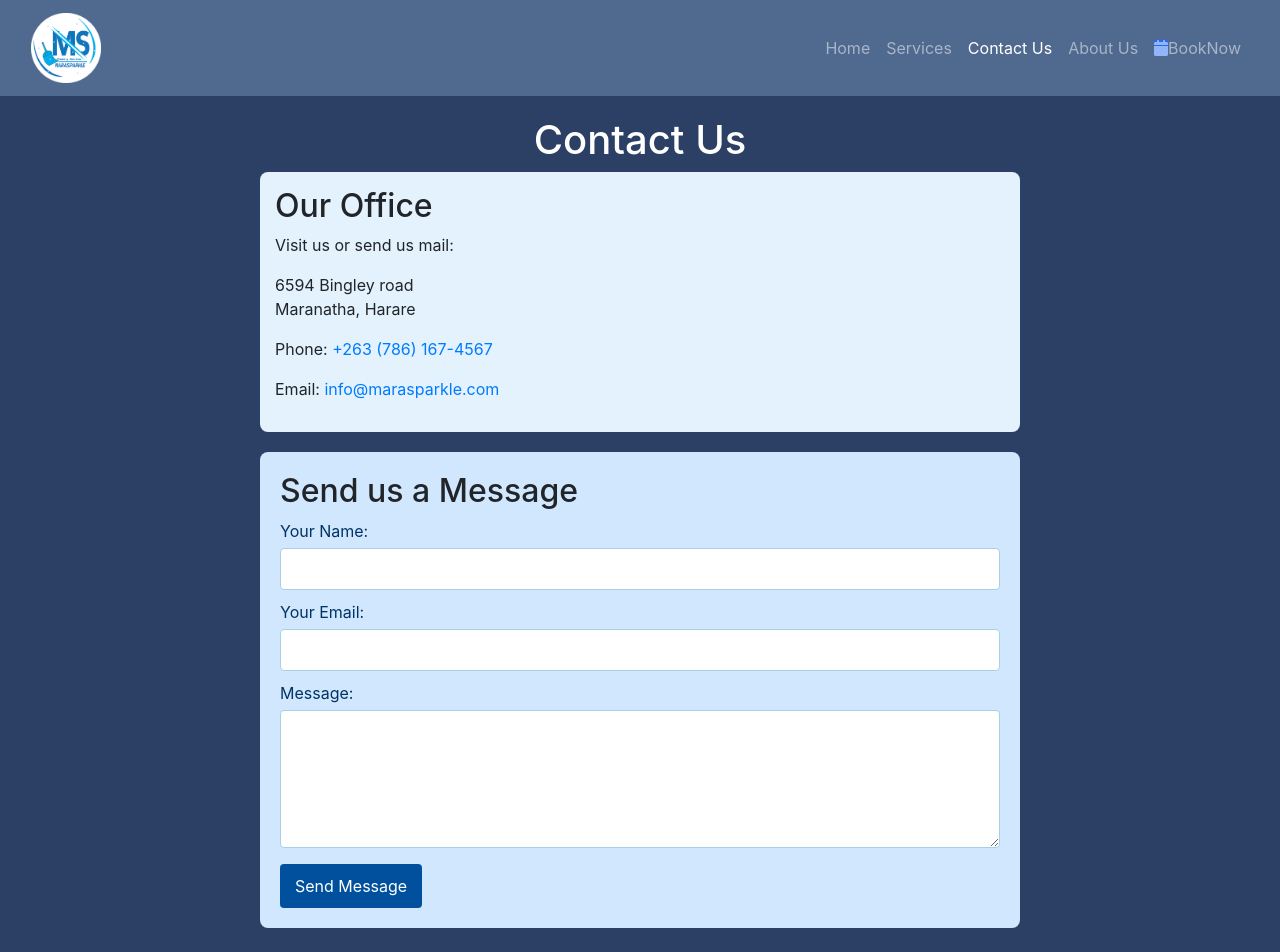
Repository: guineveretim/sparkle
Page: http://localhost/contact/
An editor plug-in stored every save of this project. The page is shown before and after the next save, followed by the edit.
The browser window is 1280 px wide. The pictures show the part of the page from y = 0 to 952 px (the page is 1499 px tall).
Pictures or frames that could not be fetched are drawn as grey boxes. The page is served by the project's application, run on Django 5.2 (manage.py). Other server files are loaded and not shown.

Above is the page before, as saved 2025-04-16 11:01:34.

### templates/application/contact.html
{%load static%}
<!DOCTYPE html>
<html lang="en">
<head>
    <meta charset="UTF-8">
    <meta name="viewport" content="width=device-width, initial-scale=1.0">
    <title>Contact Us - Fresh & Clean Co.</title>
    <link rel="stylesheet" href="{% static 'css/application/contact.css' %}">
         <!-- Font Awesome CDN -->
         <link rel="stylesheet" href="https://cdnjs.cloudflare.com/ajax/libs/font-awesome/6.0.0-beta3/css/all.min.css">

         <!--Google fomts-->
         <link href="https://fonts.googleapis.com/css2?family=Roboto:wght@400&display=swap" rel="stylesheet">

         <!-- Bootstrap core CSS -->
         <link rel="stylesheet" href="https://cdn.jsdelivr.net/npm/bootstrap@4.1.3/dist/css/bootstrap.min.css" integrity="sha384-MCw98/SFnGE8fJT3GXwEOngsV7Zt27NXFoaoApmYm81iuXoPkFOJwJ8ERdknLPMO" crossorigin="anonymous">

         <script src="https://code.jquery.com/jquery-3.3.1.slim.min.js" integrity="sha384-q8i/X+965DzO0rT7abK41JStQIAqVgRVzpbzo5smXKp4YfRvH+8abtTE1Pi6jizo" crossorigin="anonymous"></script>
         <script src="https://cdn.jsdelivr.net/npm/popper.js@1.14.3/dist/umd/popper.min.js" integrity="sha384-ZMP7rVo3mIykV+2+9J3UJ46jBk0WLaUAdn689aCwoqbBJiSnjAK/l8WvCWPIPm49" crossorigin="anonymous"></script>
         <script src="https://cdn.jsdelivr.net/npm/bootstrap@4.1.3/dist/js/bootstrap.min.js" integrity="sha384-ChfqqxuZUCnJSK3+MXmPNIyE6ZbWh2IMqE241rYiqJxyMiZ6OW/JmZQ5stwEULTy" crossorigin="anonymous"></script>

    <style>


body{
    background-color: #2c3f64;
  }



        .contact-details {
            margin-bottom: 20px;
            padding: 15px;
            background-color: #e3f2fd;
            border-radius: 8px;
        }

        .contact-form {
            background-color: #d1e7fd;
            padding: 20px;
            border-radius: 8px;
        }

        .contact-form label {
            display: block;
            margin-bottom: 5px;
            color: #003366;
        }

        .contact-form input[type="text"],
        .contact-form input[type="email"],
        .contact-form textarea {
            width: 100%;
            padding: 8px;
            margin-bottom: 10px;
            border: 1px solid #a8d0e6;
            border-radius: 4px;
            box-sizing: border-box;
        }

        .contact-form textarea {
            resize: vertical;
        }

        .contact-form button {
            background-color: #00509e; /* Lighter blue */
            color: white;
            padding: 10px 15px;
            border: none;
            border-radius: 4px;
            cursor: pointer;
            transition: background-color 0.3s;
        }

        .contact-form button:hover {
            background-color: #003366;
        }
    </style>
</head>
<body>
    <nav class="navbar navbar-expand-lg navbar-dark sticky-top" style="background-color:rgba(166, 206, 243,0.3);">
        <div class="container-fluid">
        <a class="navbar-brand" href="{% url 'home' %}">
            <img src="{% static 'icons/Maralog.png' %}" style="width:70px;">
        </a>
        <button class="navbar-toggler" type="button" data-toggle="collapse" data-target="#navbarNav" aria-controls="navbarNav" aria-expanded="false" aria-label="Toggle navigation">
            <span class="navbar-toggler-icon"></span>
        </button>

        <div class="collapse navbar-collapse" id="navbarNav">
            <ul  class="navbar-nav ml-auto">
                <li class="nav-item">
                    <a class="nav-link" href="{% url 'home' %}">Home <span class="sr-only">(current)</span></a>
                </li>
                <li class="nav-item">
                    <a class="nav-link" href="{% url 'services_details' %}">Services</a>
                </li>

                <li class="nav-item active">
                    <a class="nav-link" href="{% url 'contact' %}">Contact Us</a>
                </li>
                <li class="nav-item">
                    <a class="nav-link" href="{% url 'about' %}">About Us</a>
                </li>
                <li class="nav-item">
                    <a class="nav-link" href="{% url 'login' %}"><i class="fas fa-calendar" style="background-color: rgb(37, 106, 243);"></i>BookNow</a>
                </li>
            </ul>
        </div>
    </div>
    </nav>

    <div class="contact-container">
        <h1  style="color:white;">Contact Us</h1>

        <div class="contact-details">
            <h2>Our Office</h2>
            <p>Visit us or send us mail:</p>
            <address>
                6594 Bingley road <br>
                Maranatha, Harare

            </address>
            <p>Phone: <a href="tel:+233 786 167 159">+263 (786) 167-4567</a></p>
            <p>Email: <a href="mailto:info@marasparkle.com">info@marasparkle.com</a></p>
        </div>

        <div class="contact-form">
            <h2>Send us a Message</h2>
            <form action="#" method="post">
                {% csrf_token %}
                <label for="name">Your Name:</label>
                <input type="text" id="name" name="name" required>

                <label for="email">Your Email:</label>
                <input type="email" id="email" name="email" required>

                <label for="message">Message:</label>
                <textarea id="message" name="message" rows="5" required></textarea>

                <button type="submit">Send Message</button>
            </form>
        </div>
    </div>

    <div class="container-fluid">
        <div class="row d-flex justify-content-center" style="overflow:hidden;">
            <div class="col-lg-6 col-sm-12 mb-3 d-flex justify-content-center">
                <div id="map" style="position: relative; width: 100%; padding-bottom: 56.25%; /* 16:9 aspect ratio */ overflow: hidden;">
                    <iframe src="https://www.google.com/maps/embed?pb=!1m18!1m12!1m3!1d15198.357271221535!2d30.99314805936031!3d-17.7639796310194!2m3!1f0!2f0!3f0!3m2!1i1024!2i768!4f13.1!3m3!1m2!1s0x1931af0a683c679f%3A0x80075e1203c68ef9!2sAfrica%20Leadership%20and%20Management%20Academy!5e0!3m2!1sen!2szw!4v1740398255791!5m2!1sen!2szw"
                            allowfullscreen="" loading="lazy" referrerpolicy="no-referrer-when-downgrade"
                            style="position: absolute; top: 0; left: 0; width: 100%; height: 100%; border: 0;">
                    </iframe>
                </div>
            </div>
        </div>
    </div>

    <br>




    <footer class="footer text-center" style="background-color: rgba(255, 255, 255, 0.3); padding: 20px 0;">
        <div class="container-fluid">
            <div class="row">
                <div class="col-12">
                    <p class="mb-1 text-dark">© 2025 Marasparkle Company.</p>

                </div>
            </div>
        </div>
    </footer>

    <div class="sub-header  text-dark py-3" style="  background-color:rgb(255, 255, 255);">
        <div class="container-fluid">
            <div class="row align-items-center">
                <div class="col-lg-8 col-md-8 col-sm-12 text-center text-md-left mb-3 mb-md-0">
                    <ul class="list-unstyled">
                        <li class="d-flex align-items-center mb-1">
                            <i class="fa fa-envelope mr-2"></i>
                            <span>maracomfy@gmail.com</span>
                        </li>
                        <li class="d-flex align-items-center">
                            <i class="fa fa-map mr-2"></i>
                            <span>No 6594 Bingley Road, Maranatha, Harare</span>
                        </li>
                    </ul>
                </div>
                <div class="col-lg-4 col-md-4 col-sm-12 text-center text-md-right">
                    <ul class="list-unstyled d-flex justify-content-center justify-content-md-end mb-0">
                        <li class="mr-3">
                            <a href="https://www.facebook.com/profile.php?id=61573551016908" class="text-dark" aria-label="Facebook">
                                <i class="fab fa-facebook fa-lg"></i>
                            </a>
                        </li>
                        <li>
                            <a href="https://linkedin.com" class="text-dark" aria-label="LinkedIn">
                                <i class="fab fa-linkedin fa-lg"></i>
                            </a>
                        </li>
                    </ul>
                </div>
            </div>
        </div>
    </div>
<!-- jQuery first, then Popper.js, then Bootstrap JS -->
<script src="https://code.jquery.com/jquery-3.3.1.slim.min.js" integrity="sha384-q8i/X+965DzO0rT7abK41JStQIAqVgRVzpbzo5smXKp4YfRvH+8abtTE1Pi6jizo" crossorigin="anonymous"></script>
<script src="https://cdn.jsdelivr.net/npm/popper.js@1.14.3/dist/umd/popper.min.js" integrity="sha384-ZMP7rVo3mIykV+2+9J3UJ46jBk0WLaUAdn689aCwoqbBJiSnjAK/l8WvCWPIPm49" crossorigin="anonymous"></script>
<script src="https://cdn.jsdelivr.net/npm/bootstrap@4.1.3/dist/js/bootstrap.min.js" integrity="sha384-ChfqqxuZUCnJSK3+MXmPNIyE6ZbWh2IMqE241rYiqJxyMiZ6OW/JmZQ5stwEULTy" crossorigin="anonymous"></script>
</body>
</html>

### marasparkle/views.py

from django.shortcuts import redirect, render
from django.contrib.auth import authenticate, login
from .forms import  UserRegistrationForm, UserLoginForm
from django.contrib.auth.decorators import login_required
from django.contrib import messages
from .forms import BookingForm
from django.views.decorators.cache import never_cache
from django.views.decorators.csrf import csrf_protect
from django.contrib.auth.models import Group
from django.http import HttpResponse
from .models import Booking
from django.shortcuts import get_object_or_404



def home(request):
  return render(request, 'application/home.html')

def Service(request):
    return render(request, 'application/services.html')


def contact(request):
    return render(request, 'application/contact.html')

def about_view(request):
    return render(request, 'application/about.html')

def bookin(request):
    return render(request, 'application/bookin.html')





def register(request):
    if request.method == 'POST':
        form = UserRegistrationForm(request.POST)
        if form.is_valid():
            user = form.save(commit=False)
            user.set_password(form.cleaned_data['password'])
            user.save()

            group =Group.objects.get(name = 'user')
            user.groups.add(group)


            login(request, user)
            messages.success(request, "Registration successful.")
            return redirect('login')
    else:
        form = UserRegistrationForm()

    return render(request, 'authentication/register.html', {'form': form})

def login_view(request):
    if request.method == 'POST':
        form = UserLoginForm(data=request.POST)
        if form.is_valid():
            username = form.cleaned_data.get('username')
            password = form.cleaned_data.get('password')
            user = authenticate(request, username=username, password=password)

            if user is not None:

                if user.groups.filter(name='admin').exists():
                    login(request, user)
                    return redirect('/admin/')
                elif user.groups.filter(name='user').exists():
                    login(request, user)
                    return redirect('create_booking')
            else:

                messages.error(request, 'Invalid username or password.')
        else:
            # Optional: Handle field errors
            for field, errors in form.errors.items():
                for error in errors:
                    messages.error(request, error)

    else:
        form = UserLoginForm()

    return render(request, 'authentication/login.html', {'form': form})


@login_required
def create_booking(request):
    if request.method == 'POST':
        form = BookingForm(request.POST)
        if form.is_valid():
            booking = form.save(commit=False)
            booking.user = request.user  # Associate the booking with the logged-in user
            booking.save()  # Save the booking record

            # Redirect to the success page with the booking ID
            return redirect('booking_success', booking_id=booking.id)
    else:
        form = BookingForm()

    return render(request, 'accounts/booking.html', {'form': form})



@login_required
def booking_success(request, booking_id):
    booking = get_object_or_404(Booking, id=booking_id)

    context = {
        'service_type': booking.get_service_selection_display(),  # To show a human-readable name for service_selection
        'booking_date': booking.date_time.date(),
        'booking_time': booking.date_time.time(),
        'contact_info': booking.contact_infor,
        'location_info': booking.location_infor,
        'additional_details': booking.additional_details,
    }

    return render(request, 'application/bookin.html', context)

### marasparkleweb/urls.py
"""
URL configuration for marasparkleweb project.

The `urlpatterns` list routes URLs to views. For more information please see:
    https://docs.djangoproject.com/en/5.1/topics/http/urls/
Examples:
Function views
    1. Add an import:  from my_app import views
    2. Add a URL to urlpatterns:  path('', views.home, name='home')
Class-based views
    1. Add an import:  from other_app.views import Home
    2. Add a URL to urlpatterns:  path('', Home.as_view(), name='home')
Including another URLconf
    1. Import the include() function: from django.urls import include, path
    2. Add a URL to urlpatterns:  path('blog/', include('blog.urls'))
"""
from django.contrib import admin
from django.urls import include, path

urlpatterns = [
    path('admin/', admin.site.urls),
    path('', include('marasparkle.urls')),
]

### marasparkle/urls.py
from django.urls import path

from marasparkle.forms import ResetPasswordConfirmForm, ResetPasswordForm
from . import views
from django.contrib.auth import views as auth_views
from .views import create_booking, booking_success



urlpatterns = [
    path('', views.home, name='home'),
    path('about/',views.about_view, name='about'),
    path('services/',views.Service,name='services_details'),
    path('login/', views.login_view, name= 'login'),
    path('register/', views.register, name='register'),
    path('contact/', views.contact, name='contact'),


    path('password_reset/', auth_views.PasswordResetView.as_view(
        template_name='authentication/password_reset.html',
        form_class=ResetPasswordForm
    ), name='password_reset'),


    path('password_reset_done/', auth_views.PasswordResetDoneView.as_view(
        template_name='authentication/password_reset_done.html'
    ), name='password_reset_done'),


    path('password_reset_confirm/<uidb64>/<token>/', auth_views.PasswordResetConfirmView.as_view(
        template_name='authentication/password_reset_confirm.html',
        form_class=ResetPasswordConfirmForm
    ), name='password_reset_confirm'),

    path('password_reset_complete/', auth_views.PasswordResetCompleteView.as_view(
        template_name='authentication/password_reset_complete.html'
    ), name='password_reset_complete'),


      path('booking/', create_booking, name='create_booking'),
    path('booking-success/<int:booking_id>/', booking_success, name='booking_success'),



]

### static/css/application/contact.css
.contact-container {
  max-width: 800px;
  margin: 0 auto;
  padding: 20px;
  animation: fadeIn 2s;
}

h1 {
  color: #003366;
  text-align: center;
  margin-bottom: 20px;
}

h2 {
  color: #00509e;
  margin-top: 20px;
}

@keyframes fadeIn {
  from {
      opacity: 0;
  }
  to {
      opacity: 1;
  }
}

After the next save:
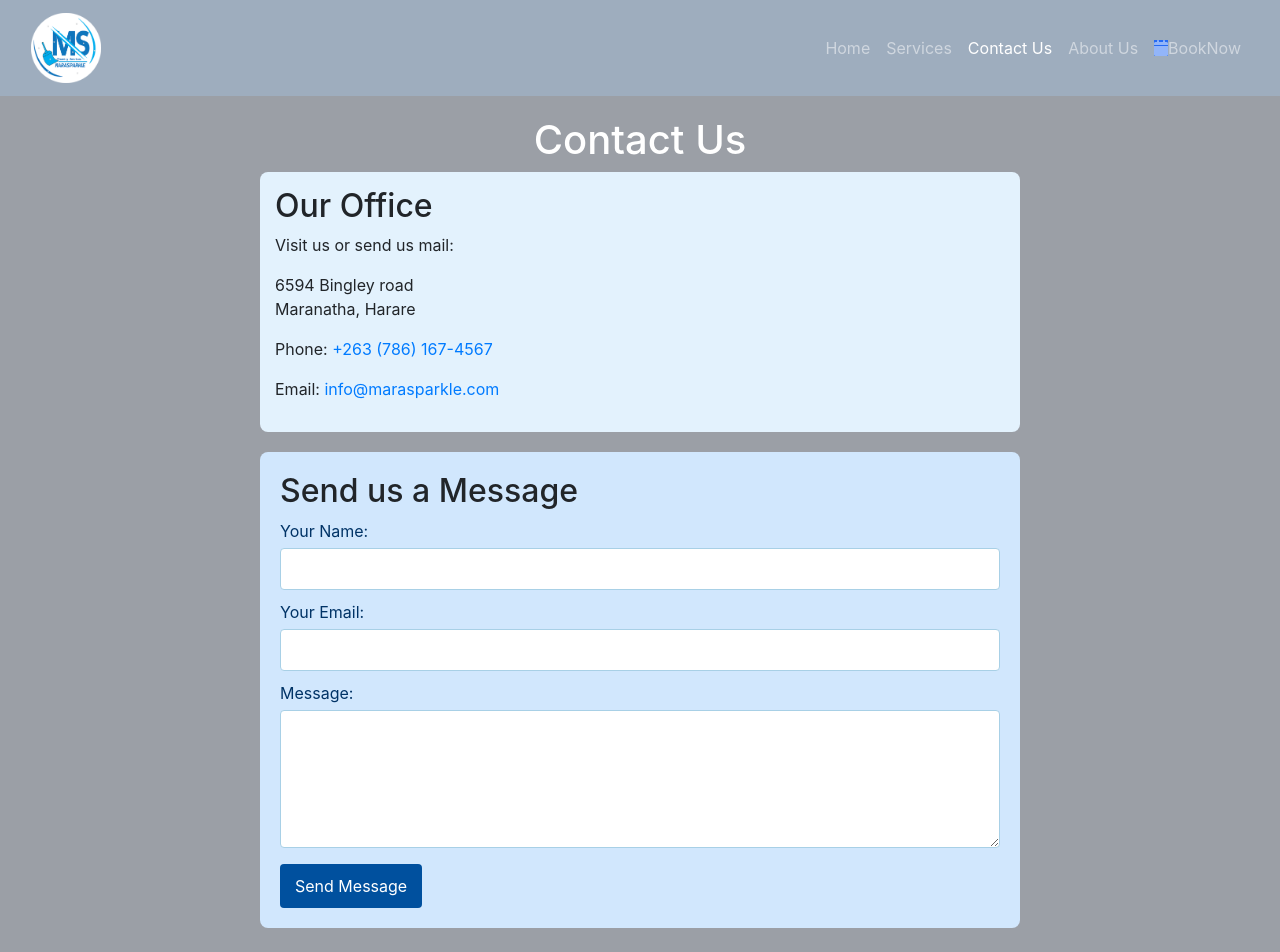
Saved 10 s later.
--- a/templates/application/contact.html
+++ b/templates/application/contact.html
@@ -23,7 +23,7 @@
 
 
 body{
-    background-color: #2c3f64;
+    background-color:rgb(155, 159, 166);
   }
 
 

After the save that followed:
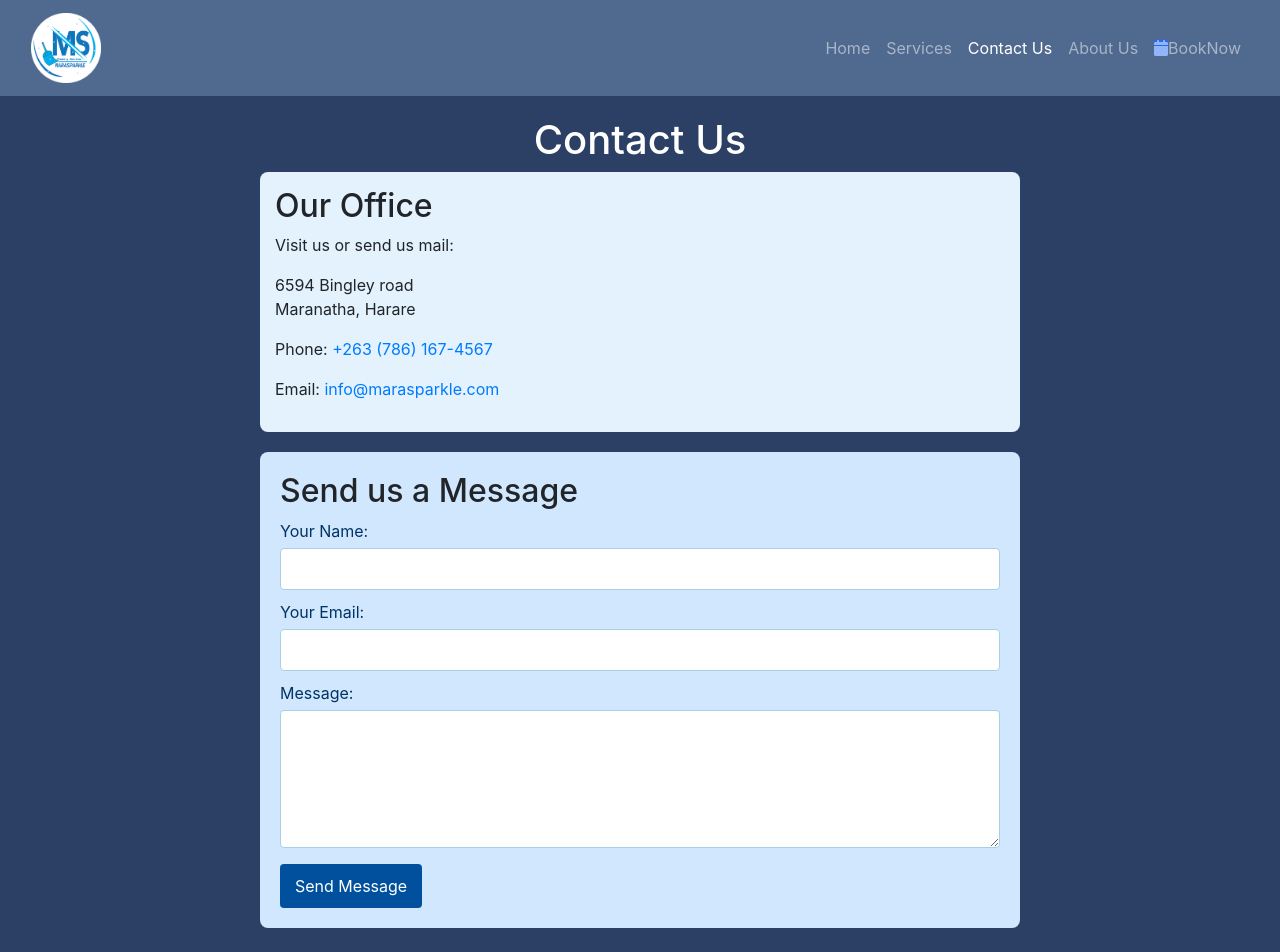
Saved 44 s later.
--- a/templates/application/contact.html
+++ b/templates/application/contact.html
@@ -23,7 +23,7 @@
 
 
 body{
-    background-color:rgb(155, 159, 166);
+    background-color: #2c3f64;
   }
 
 
